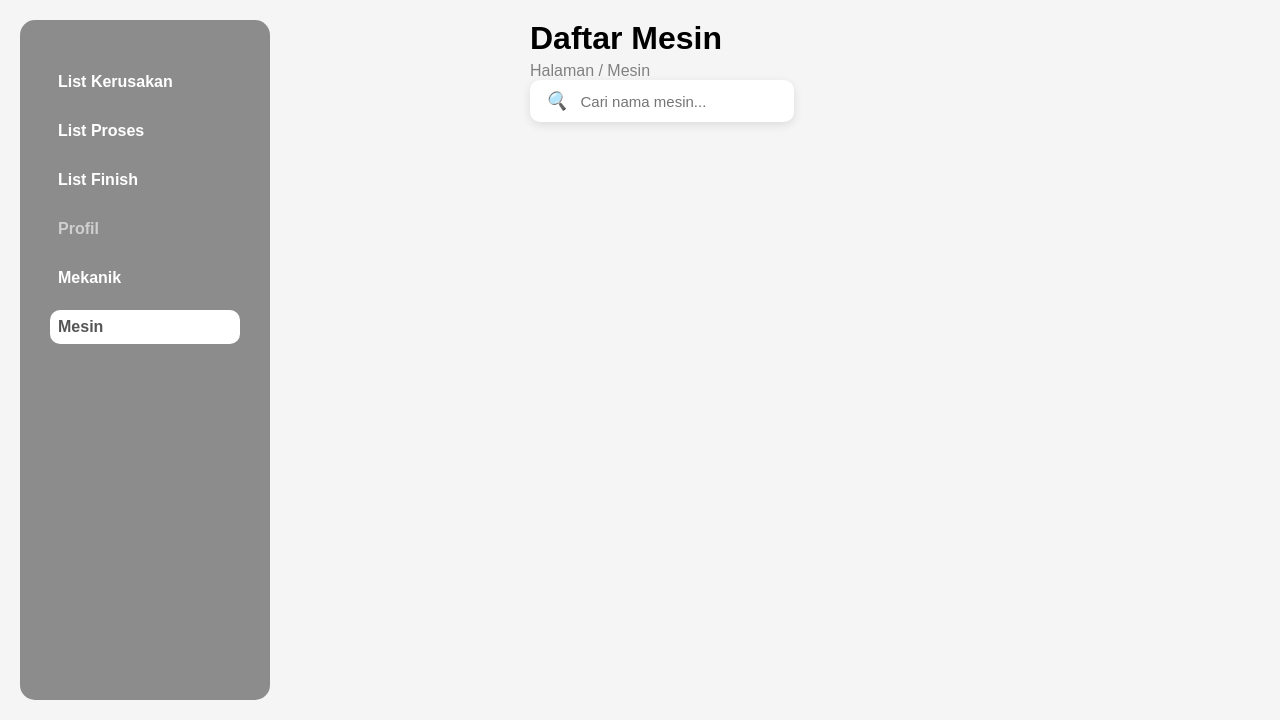
Repository: 1rHub/maintenance
Page: http://localhost/mesin.php
These files come from the project's save history. The page is drawn as it stood at one moment and after the next save; the edit follows.
The browser window is 1280 px wide. The pictures show the whole page.
The page is run by PHP 8.4 with error messages shown; the project is at /var/www/html/. Queries for data that is not in the repository find no rows.

Above is the page before, as saved 2025-10-19 04:00:33.

After the next save:
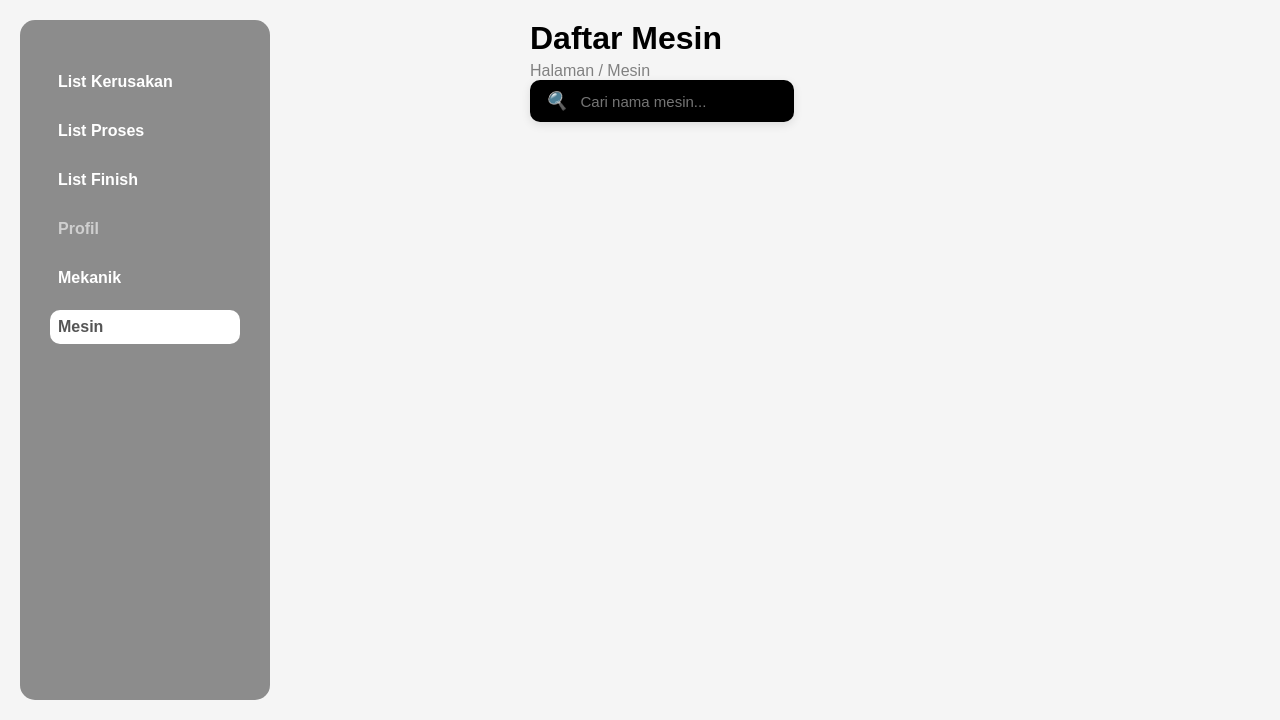
Saved 22 s later.
--- a/mesin.php
+++ b/mesin.php
@@ -21,7 +21,7 @@
             margin-bottom: 15px;
             display: flex;
             align-items: center;
-            background: white;
+            background: black;
             border-radius: 10px;
             box-shadow: 0 3px 10px rgba(0,0,0,0.1);
             padding: 10px 15px;

After the save that followed:
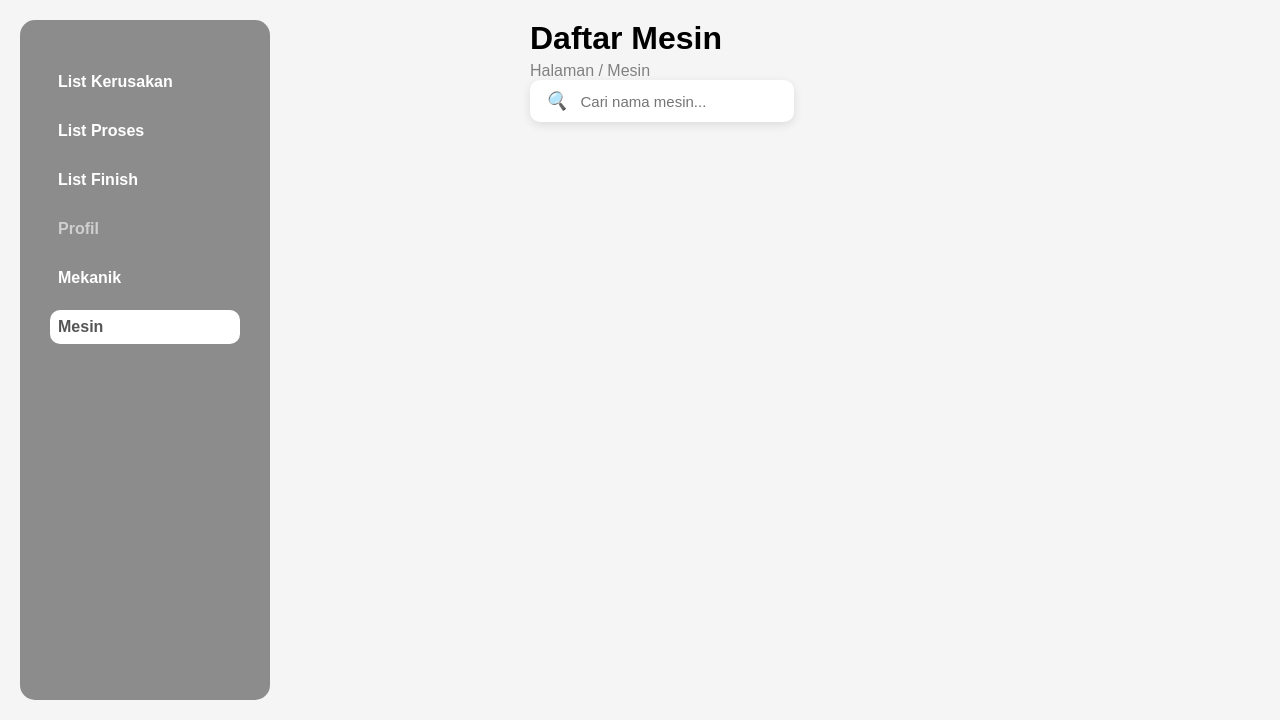
Saved 7 s later.
--- a/mesin.php
+++ b/mesin.php
@@ -21,7 +21,7 @@
             margin-bottom: 15px;
             display: flex;
             align-items: center;
-            background: black;
+            background: white;
             border-radius: 10px;
             box-shadow: 0 3px 10px rgba(0,0,0,0.1);
             padding: 10px 15px;
